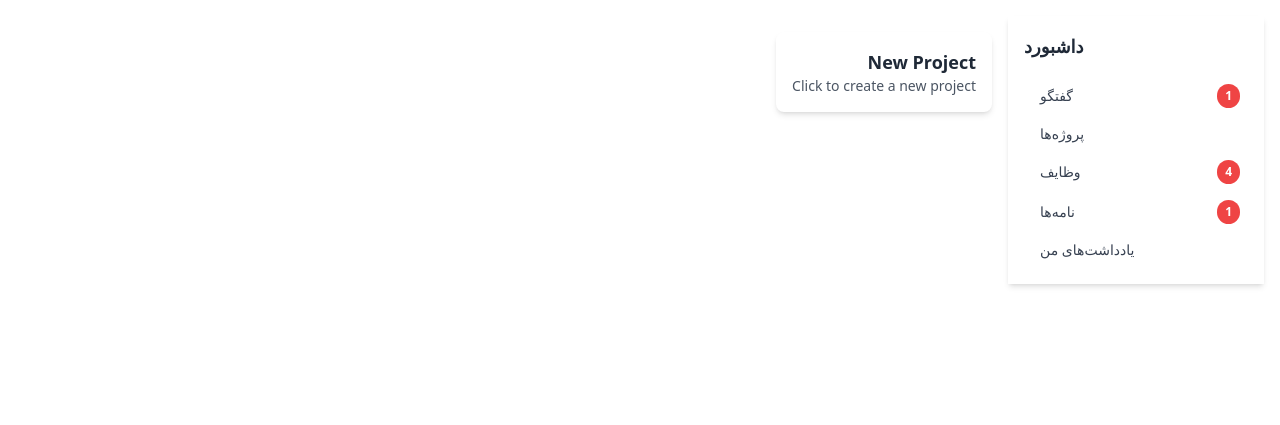
Repository: spnovaa/work-hive
Page: /projects (app in front_end/)
The author's editor kept a copy of each file at every save. The page is drawn from the files as they stood at one save, then again after the next save.
The browser window is 1280 px wide. The pictures show the whole page.
The page's requests for data from a server got no answer. The project was rebuilt for these pictures with package versions that can differ from the ones it lists, and the page was loaded fresh each time. No one was signed in, and anything a server would have sent is missing. Also part of the build but not shown: front_end/src/api/auth.js, front_end/src/pages/login.jsx, front_end/src/pages/registration.jsx, front_end/src/components/profile/dropdown.jsx, front_end/src/components/profile/profileSection.jsx, front_end/src/pages/home.jsx, front_end/src/components/project/projectDetails.jsx, front_end/src/config.js and 2 more.

Above is the page before, as saved 2025-01-16 23:22:13.

After the next save:
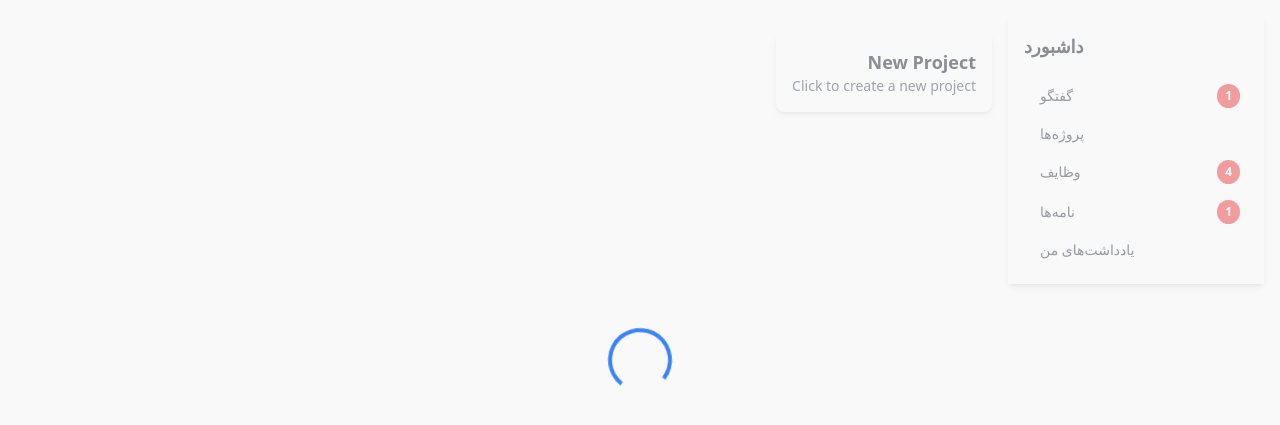
Saved 2 min 20 s later.
--- a/front_end/src/components/project/projectDashboard.jsx
+++ b/front_end/src/components/project/projectDashboard.jsx
@@ -31,6 +31,11 @@ function ProjectsDashboard() {
 
     return (
         <div className="flex overflow-x-auto p-4" style={{ marginRight: '16rem', direction: 'rtl' }}>
+             {loading && (
+            <div className="absolute inset-0 bg-opacity-50 bg-gray-100 flex items-center justify-center z-50">
+                <Spinner />
+            </div>
+        )}
             <div className="flex space-x-4 flex-row-reverse">
                 {projects.map((project) => (
                     <ProjectCard
